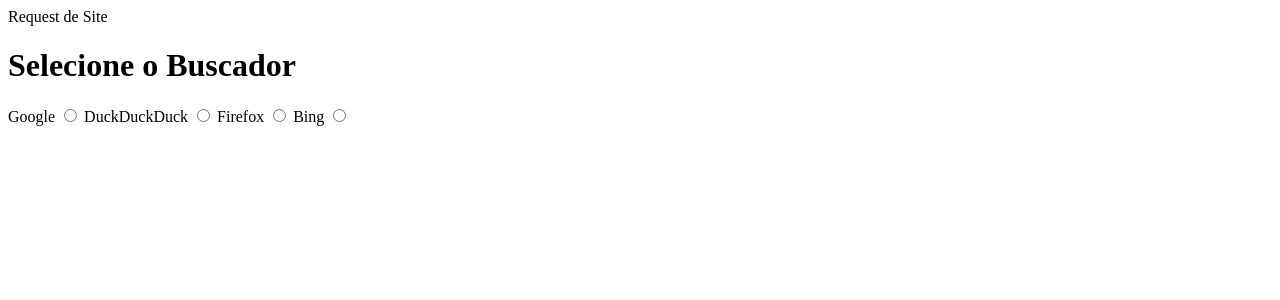
Repository: Erika-Santana/dsw_repository
Page: http://localhost/requestApp/
The author's editor kept a copy of each file at every save. The page is drawn from the files as they stood at one save, then again after the next save.
The browser window is 1280 px wide. The pictures show the whole page.
The page is served by Tomcat 9.

Above is the page before, as saved 2024-10-17 11:55:17.

### requestApp/src/main/webapp/index.jsp
<%@ page language="java" contentType="text/html; charset=UTF-8"
    pageEncoding="UTF-8"%>
<!DOCTYPE html>
<html>
<head>
<meta charset="UTF-8">Request de Site</title>
</head>
<body>

	<div class="search-container">
		<h1>Selecione o Buscador</h1>

		<form action="search.jsp" method="post">
			<div class="opcoes-container">
			<label>Google</label>
			<input type="radio" id="google-radio" name="google-radio">
			<label>DuckDuckDuck</label>
			<input type="radio" id="duck-radio" name="duck-radio">
			<label>Firefox</label>
			<input type="radio" id="firefox-radio" name="firefox-radio">
			<label>Bing</label>
			<input type="radio" id="bing-radio" name="bing-radio">
			</div>
		</form>


	</div>


</body>
</html>

After the next save:
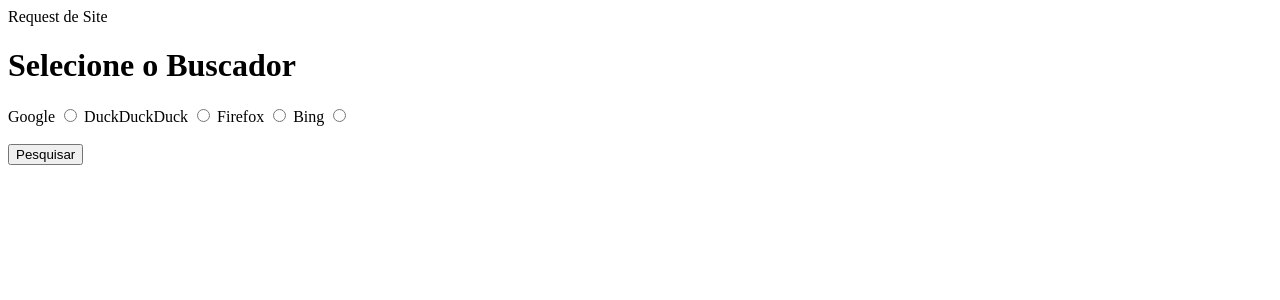
Saved 112 s later.
--- a/requestApp/src/main/webapp/index.jsp
+++ b/requestApp/src/main/webapp/index.jsp
@@ -21,6 +21,8 @@
 			<label>Bing</label>
 			<input type="radio" id="bing-radio" name="bing-radio">
 			</div>
+			<br>
+			<input type="button" value="Pesquisar">
 		</form>
 
 
